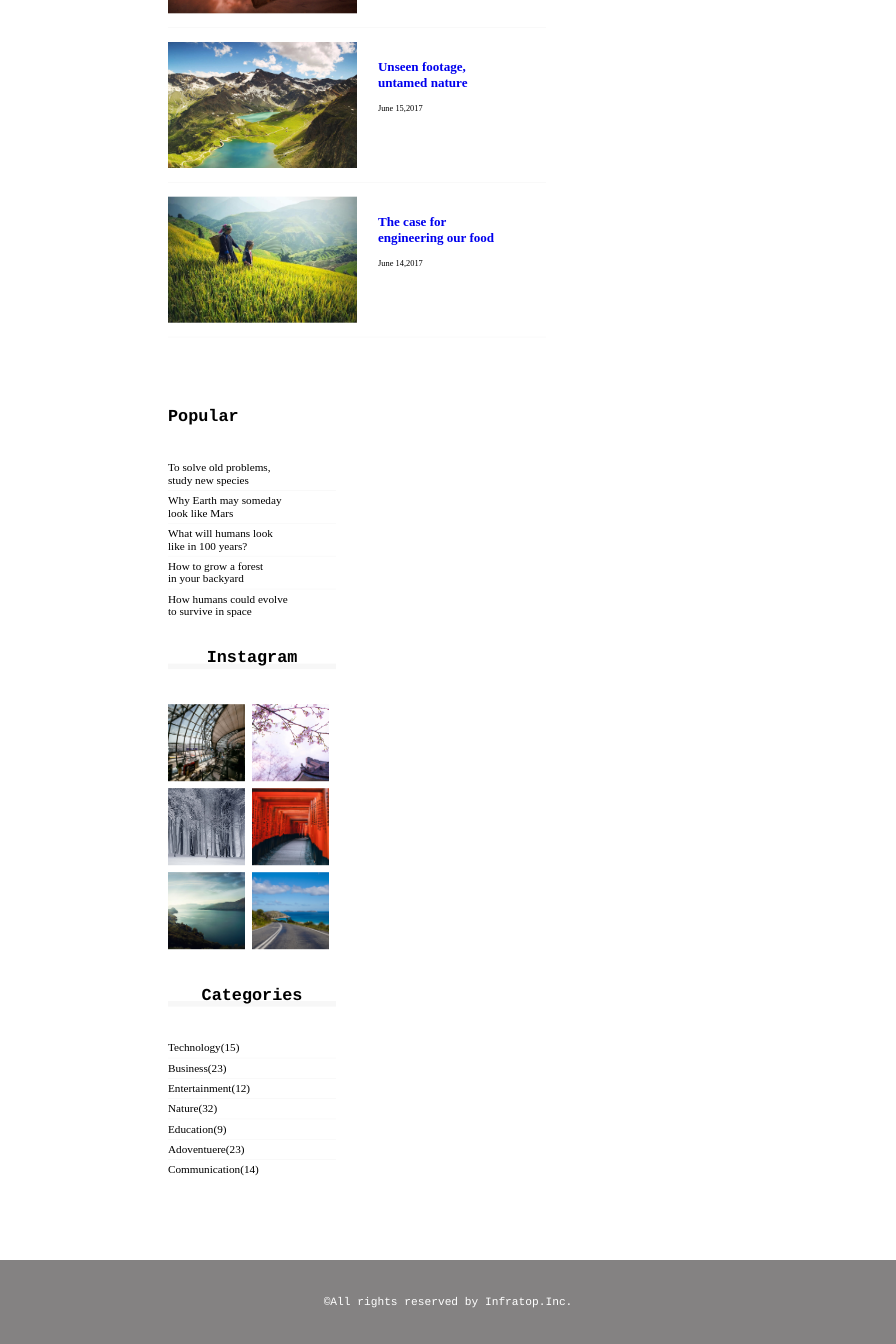
Repository: wakasugisatoi/git
Page: caravan/index2.html
The author's editor kept a record of every edit. The page is drawn from the files as they stood at one moment, then again after the next edit.
The browser window is 1280 px wide. The pictures show the part of the page from y = 1150 to 3070 px (the page is 3070 px tall), at 70% of full size.
Some web libraries are served in a nearby version.

Above is the page before.

After the next edit:
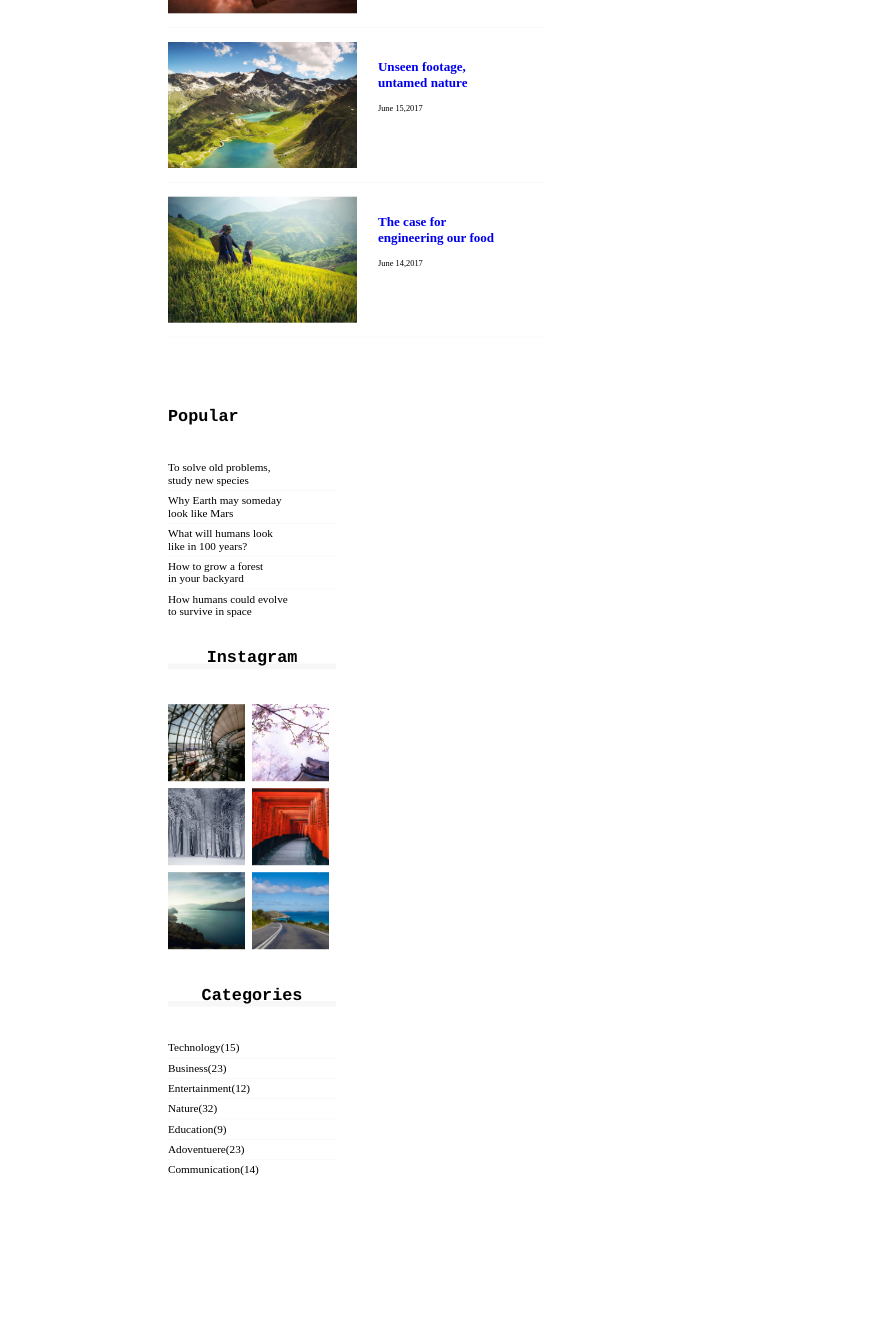
The edit:
--- a/caravan/style2.css
+++ b/caravan/style2.css
@@ -235,7 +235,7 @@
   height: 120px;
   text-align: center;
   line-height: 120px;
-  background-color: #848282;
+  /*background-color: #848282;*/
 }
 
 .footer-text{
